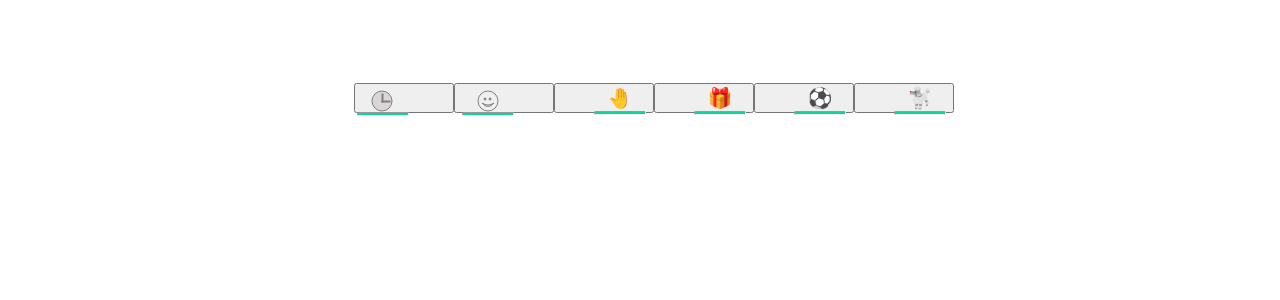
Repository: Gaj123-coder/emoji-search-app
Page: /
An editor plug-in stored every save of this project. The page is shown before and after the next save, followed by the edit.
The browser window is 1280 px wide. The pictures show the whole page.
The project was rebuilt for these pictures with package versions that can differ from the ones it lists, and the page was loaded fresh each time.

Above is the page before, as saved 2021-10-31 11:23:04.

After the next save:
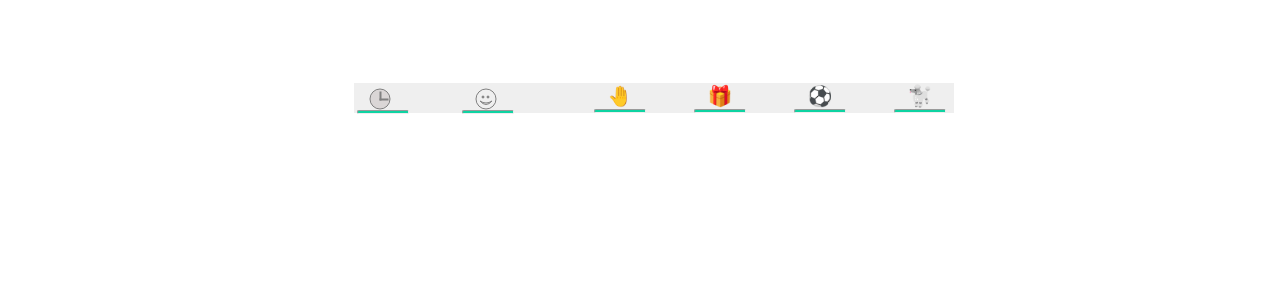
Saved 5 s later.
--- a/src/App.css
+++ b/src/App.css
@@ -52,7 +52,7 @@
   bottom:5px;
 }
 
-.dec-childbutton{
+.dec-child{
   border:none;
   margin:none;
 }
